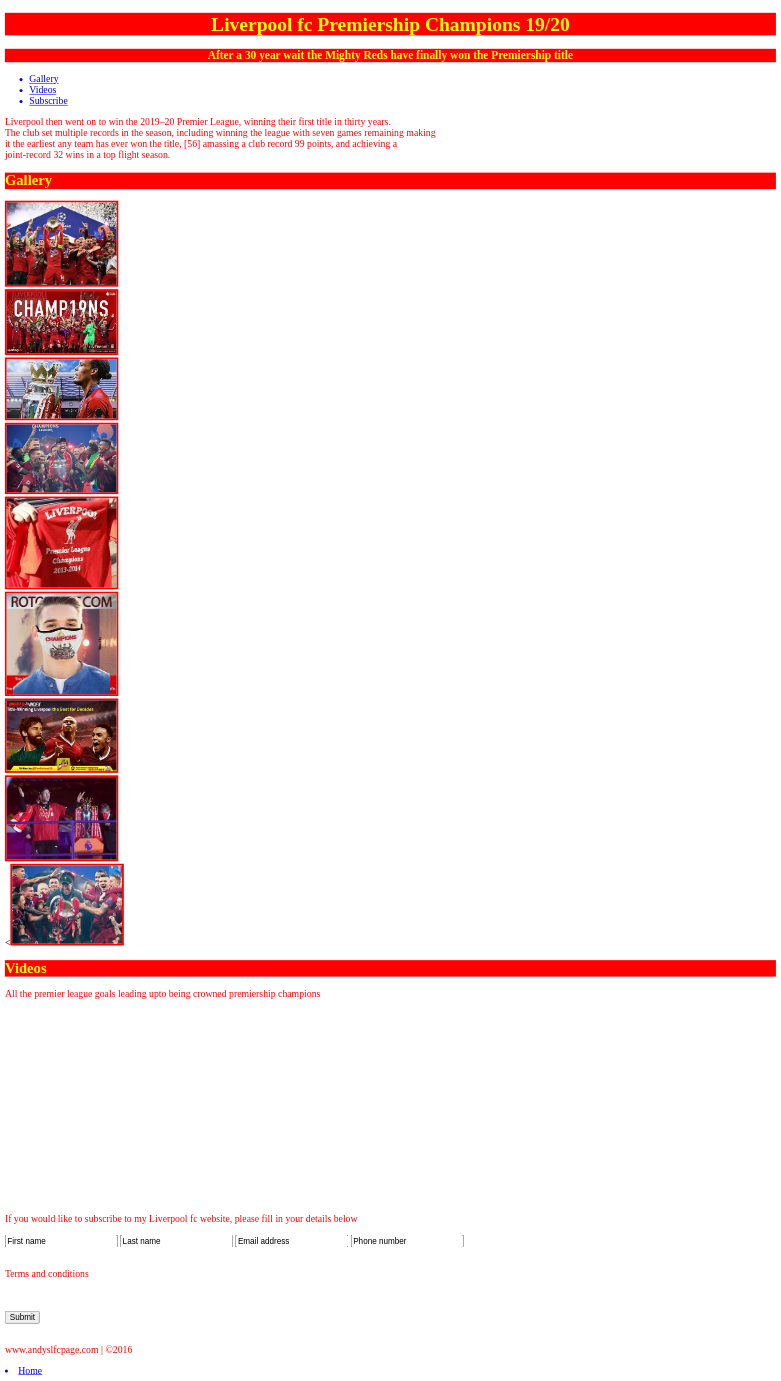
Repository: andyd71/HTML_and_CSS
Page: one_page_website/One_Page_Website.html
An editor plug-in stored every save of this project. The page is shown before and after the next save, followed by the edit.
The browser window is 1280 px wide. The pictures show the whole page, at 61% of full size.
Pictures or frames that could not be fetched are drawn as grey boxes.

Above is the page before, as saved 2020-10-09 12:42:13.

### one_page_website/One_Page_Website.html
<!DOCTYPE html>
<html lang="en">
<head>
<meta charset="utf-8">
<title>My LFC webpage</title>
<link rel = "stylesheet" type = "text/CSS" href = "./css/One_Page_Website.css">
</head>
<body>
<div id="home">
<header>
<h1>Liverpool fc Premiership Champions 19/20 </h1>
<h3>After a 30 year wait the Mighty Reds have finally won the Premiership title</h3>
</header>
<!--NAV-->

</div>
<div>
<ul>
<a href="#gallery"><li>Gallery</li>
<a href="#videos"><li>Videos</li>
<a href="#subscription"><li>Subscribe</li></a>
</ul>
</div>
<!--END NAV-->
<!--HOME-->
<div id="home">
<p>Liverpool then went on to win the 2019–20 Premier League, winning their first title in thirty years.<br>
 The club set multiple records in the season, including winning the league with seven games remaining making<br>
 it the earliest any team has ever won the title, [56] amassing a club record 99 points, and achieving a <br>
 joint-record 32 wins in a top flight season.</p>
 </div>
 <!--END HOME-->
 <!--GALLERY-->
 <h2>Gallery</h2>
 <div id="gallery">
 </div>
 <div>
 <img src="./images/lfc1.jpeg" alt="lfc celebrations"></img><br>
 <img src="./images/lfc2.jpeg" alt="lfc celebrations2"></img><br>
 <img src="./images/lfc3.jpeg" alt="van dyk and trophy"></img><br>
 <img src="./images/lfc4.jpeg" alt="jurgen klopp"></img><br>
 <img src="./images/lfc5.jpeg" alt="lfc t shirt"></img><br>
 <img src="./images/lfc6.jpeg" alt="lfc face mask"></img><br>
 <img src="./images/lfc7.jpeg" alt="lfc trio"></img><br>
 <img src="./images/lfc8.jpeg" alt="jurgen klopp 2"></img><br>
 <<img src="./images/lfc9.jpeg" alt="jurgen klopp 3"></img><br>
 </div>
 <!--END GALLERY-->
 <!--VIDEO-->
 <div id="videos">
 <h2>Videos</h2>
 <p>All the premier league goals leading upto being crowned premiership champions</p>
 <iframe width="560" height="315" src="https://www.bing.com/videos/search?q=lfc+premier+league+champions&&view=detail&mid=1A960A4E3B330AA705841A960A4E3B330AA70584&&FORM=VRDGAR&ru=%2Fvideos%2Fsearch%3Fq%3Dlfc%2Bpremier%2Bleague%2Bchampions%26qs%3DAS%26form%3DQBVLPG%26sp%3D1%26pq%3Dlfc%2Bpremier%26sc%3D8-11%26cvid%3DD1CF79B54EFC4960A0E7F0BA9E0FD3FC" frameborder="0" allow="accelerometer; encrypted-media; gyroscope; picture-in-picture" allowfullscreen></iframe>
 </div>
<!--END VIDEO-->
<!--SUBSCRIPTION-->
<div id="subscription">
<p>If you would like to subscribe to my Liverpool fc website, please fill in your details below</p>

<form action="" method="post">
<input class="subscription" type="text" value="First name">
<input class="subscription" type="text" value="Last name">
<input class="subscription" type="text" value="Email address">
<input class="subscription" type="text" value="Phone number"><br><br>
<label class="terms"><p>Terms and conditions</p></label><br><br>
<input type="submit" value="Submit"><br><br>
</form>
</div>
<!--END SUBSCRIPTION-->

<!--FOOTER-->
<footer>
<div>
<p>www.andyslfcpage.com&nbsp;|&nbsp;&copy;2016</p>


</div>
<a href="#home" id="link"><li>Home</li>
</footer>
<!--END FOOTER-->

### one_page_website/css/One_page_website.css
h1 {
	color : yellow;
	text-align : center;
	font-weight : bold;
	background : red;
}
h3 {
	color : yellow;
	text-align : center;
	background : red;
}
h2 {
	color : yellow;
	background : red;
}
p  {
	color : red

}
img {
	border: 3px solid red;
	width: 180px;
}

After the next save:
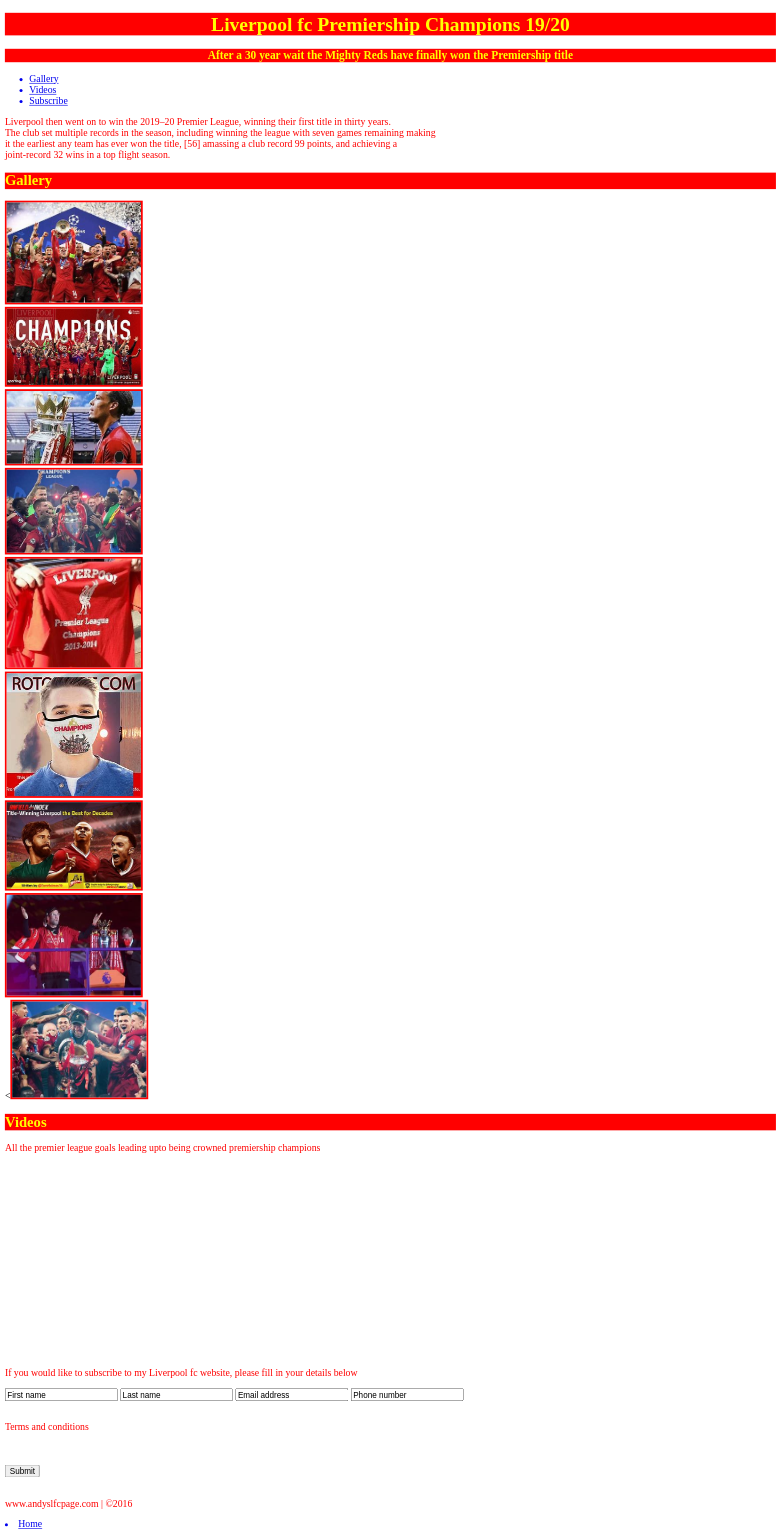
Saved 24 s later.
--- a/one_page_website/css/One_page_website.css
+++ b/one_page_website/css/One_page_website.css
@@ -19,5 +19,5 @@
 }
 img {
 	border: 3px solid red;
-	width: 180px;
+	width: 220px;
 }
